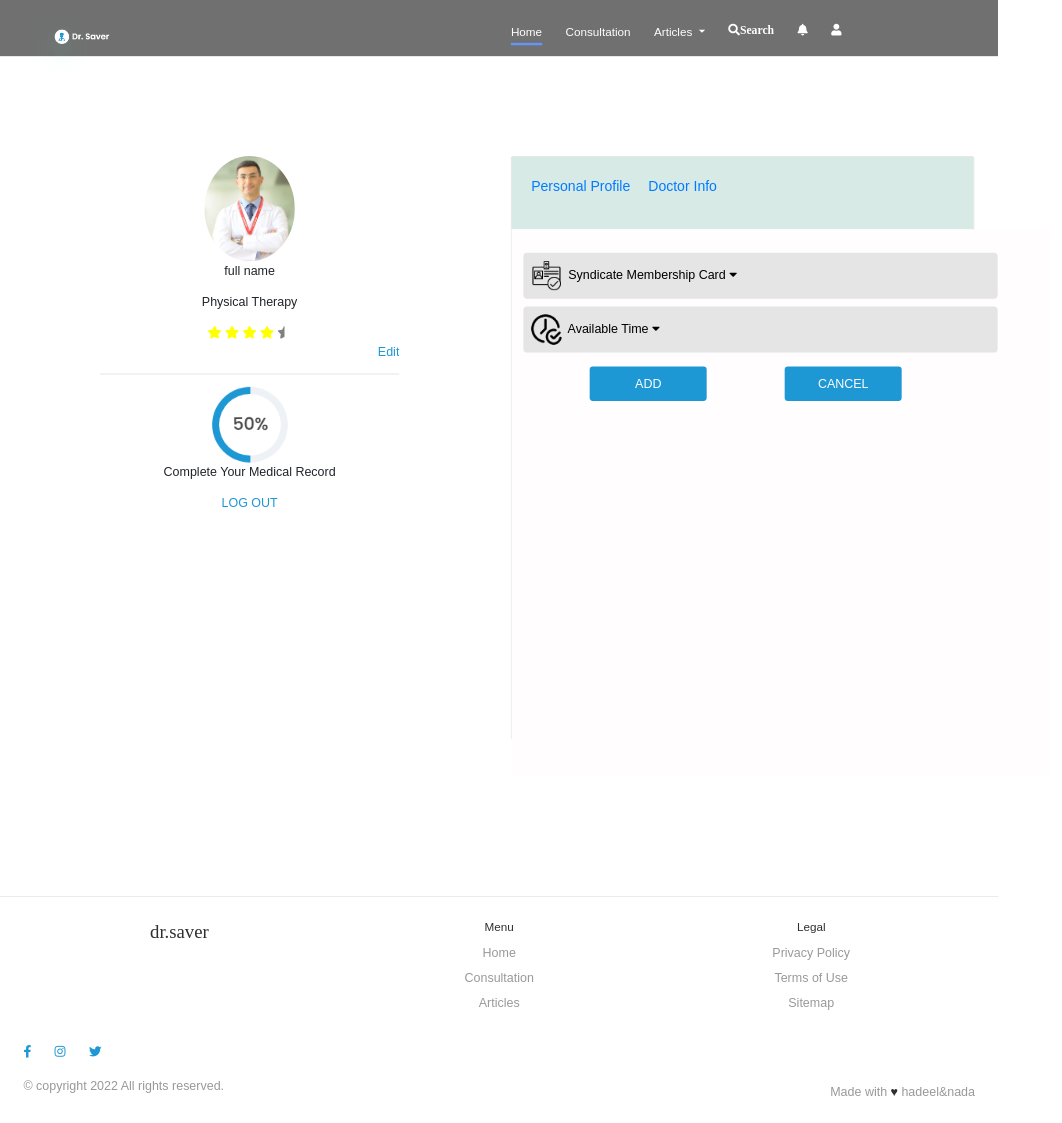
Repository: nsra/hadeel_doctor_system
Page: doctor/Dprofile.html
These files come from the project's save history. The page is drawn as it stood at one moment and after the next save; the edit follows.
The browser window is 1280 px wide. The page is 1361 px wide, so the pictures cover 1361 px, including what lies to the right of the window. The pictures show the whole page, at 78% of full size.
Some web fonts or font styles are not loaded; a fallback is used. Some web libraries are served in a nearby version.

Above is the page before, as saved 2022-04-09 20:38:43.

After the next save:
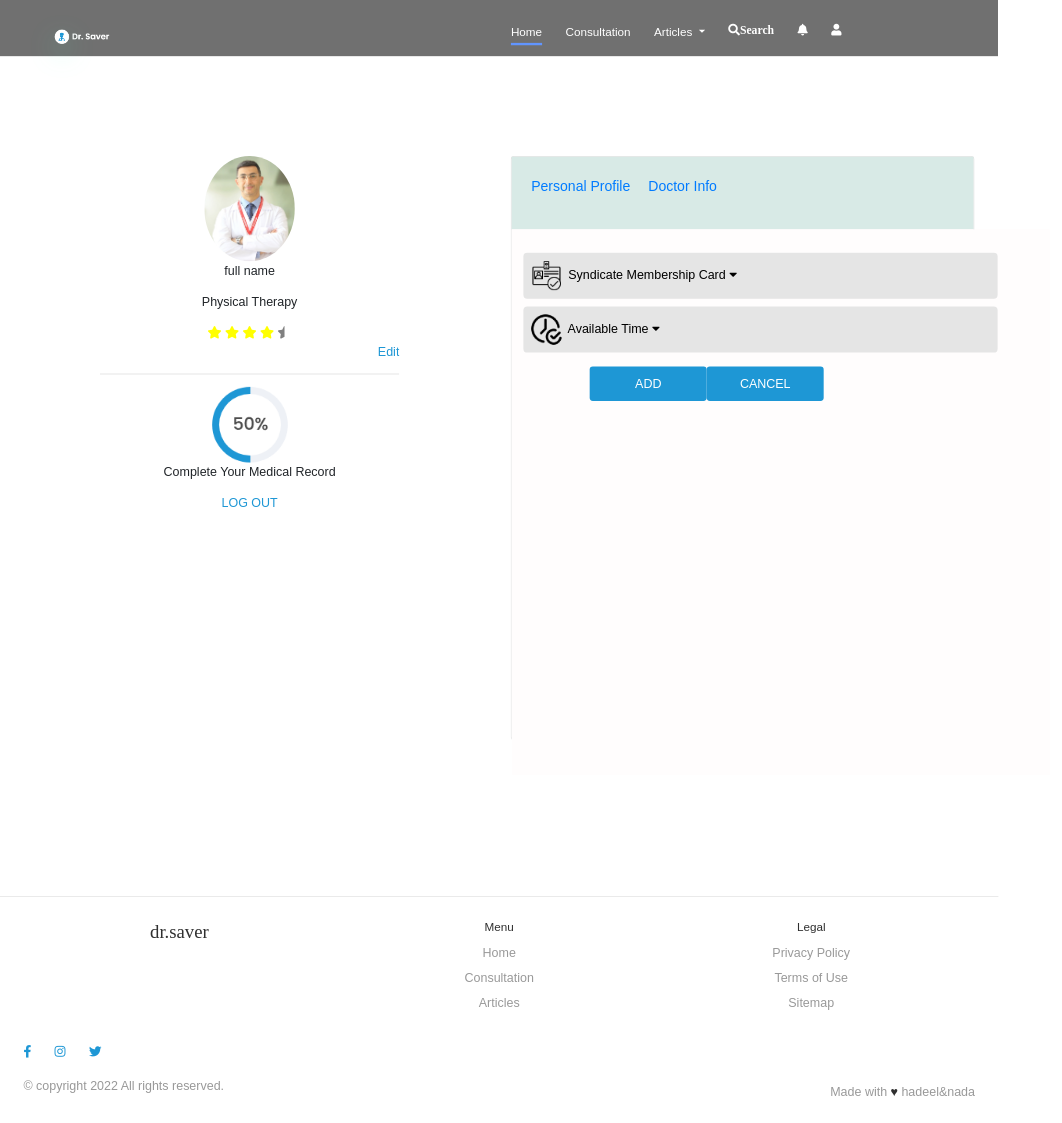
Saved 5 s later.
--- a/doctor/Dprofile.html
+++ b/doctor/Dprofile.html
@@ -146,7 +146,7 @@
                              </div>
                                         <div class="input-field row ">
                                     <center><button type="submit" name="change" style="padding:10px;color:#fff;margin-left:100px;width:150px;border:none;text-transform:uppercase" class="waves-effect waves-light btn indigo m-b-xs" onclick="">Add</button></center>
-                                    <center><button type="submit" name="change" style="padding:10px;color:#fff;margin-left:100px;width:150px;border:none;text-transform:uppercase" class="waves-effect waves-light btn indigo m-b-xs" onclick="">Cancel</button></center>
+                                    <center><button type="submit" name="change" style="padding:10px;color:#fff; width:150px;border:none;text-transform:uppercase" class="waves-effect waves-light btn indigo m-b-xs" onclick="">Cancel</button></center>
 
                                     </div>  </ul>
 

After the save that followed:
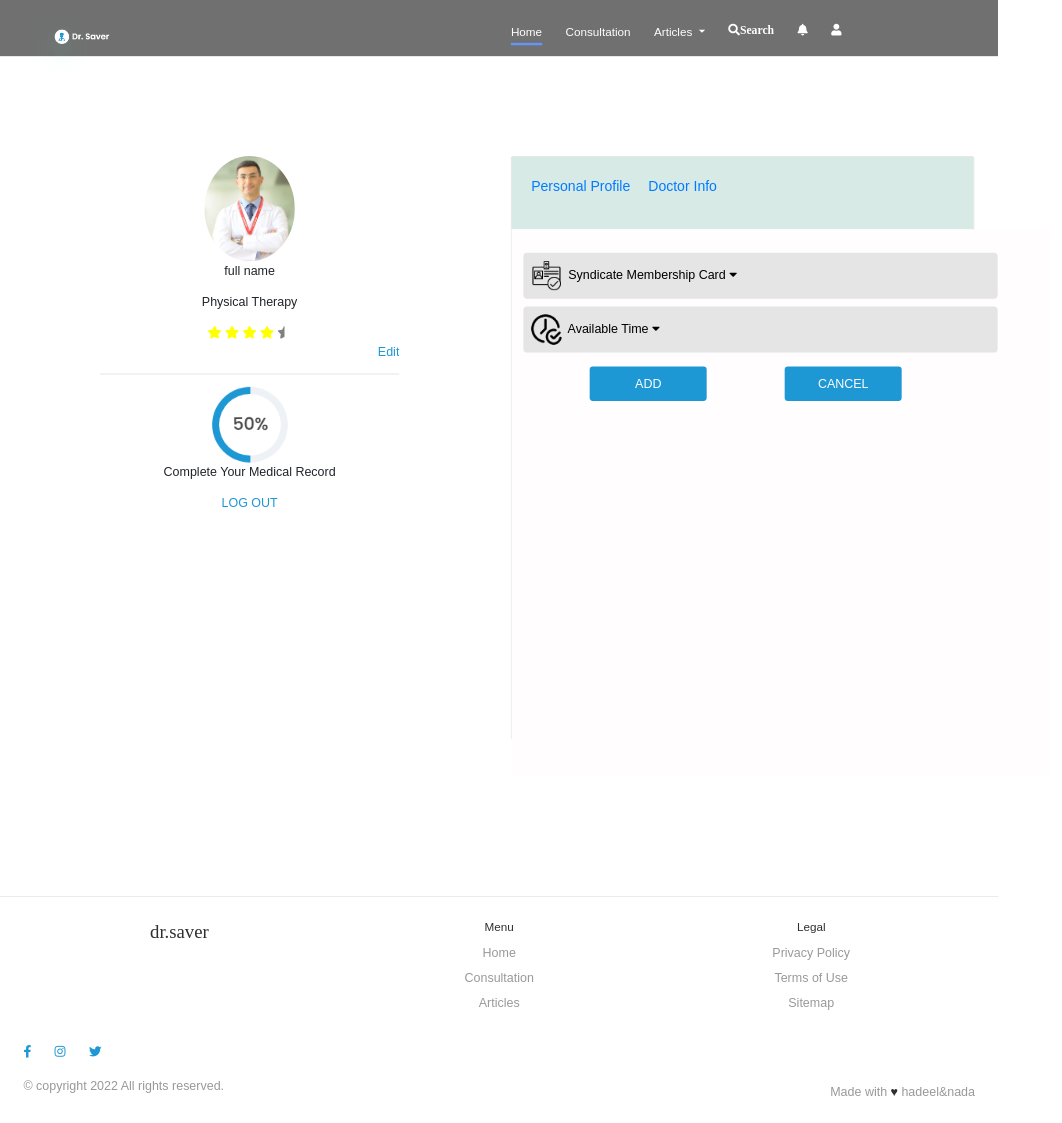
Saved 5 s later.
--- a/doctor/Dprofile.html
+++ b/doctor/Dprofile.html
@@ -146,7 +146,7 @@
                              </div>
                                         <div class="input-field row ">
                                     <center><button type="submit" name="change" style="padding:10px;color:#fff;margin-left:100px;width:150px;border:none;text-transform:uppercase" class="waves-effect waves-light btn indigo m-b-xs" onclick="">Add</button></center>
-                                    <center><button type="submit" name="change" style="padding:10px;color:#fff; width:150px;border:none;text-transform:uppercase" class="waves-effect waves-light btn indigo m-b-xs" onclick="">Cancel</button></center>
+                                    <center><button type="submit" name="change" style="padding:10px;color:#fff;margin-left:100px;width:150px;border:none;text-transform:uppercase" class="waves-effect waves-light btn indigo m-b-xs" onclick="">Cancel</button></center>
 
                                     </div>  </ul>
 
